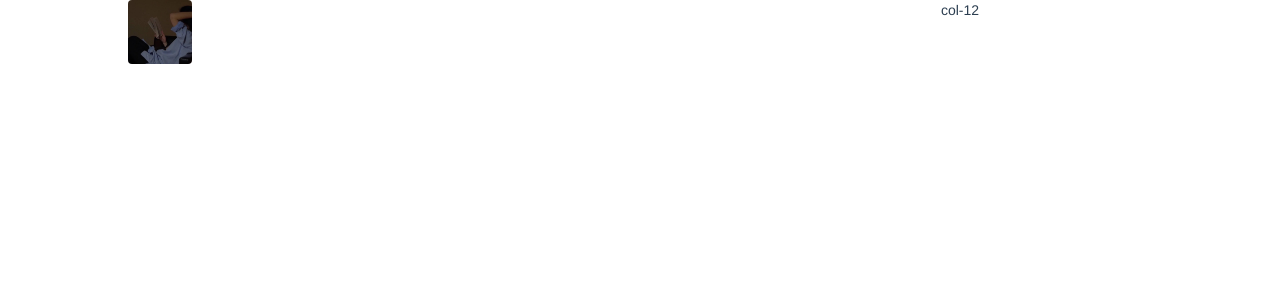
Repository: GitDjAr/blog
Page: / (app in myblog/)
These files come from the project's save history. The page is drawn as it stood at one moment and after the next save; the edit follows.
The browser window is 1280 px wide. The pictures show the whole page.
The project was rebuilt for these pictures with package versions that can differ from the ones it lists, and the page was loaded fresh each time. Also part of the build but not shown: myblog/webpack.config.js.

Above is the page before, as saved 2020-12-10 18:49:59.

### myblog/src/main.js
import Vue from 'vue'
import App from './App.vue'
import router from './router/index'
import store from './store/index'
import 'ant-design-vue/dist/antd.css'; // or 'ant-design-vue/dist/antd.less'


import Antd from 'ant-design-vue';
Vue.use(Antd);
new Vue({
  el: '#app',
  router,
  store,
  render: h => h(App)
})

### myblog/src/App.vue
<template>
  <div id="app">
    <headers></headers>
    <router-view/>
  </div>
</template>

<script>
import headers from 'v/header/header'
export default {
  components:{
    headers,
  },
  name: 'app',
  data () {
    return {
    }
  }
}
</script>

<style lang="scss">
#app {
  font-family: 'Avenir', Helvetica, Arial, sans-serif;
  -webkit-font-smoothing: antialiased;
  -moz-osx-font-smoothing: grayscale;
  text-align: center;
  color: #2c3e50;
}
</style>

### myblog/src/router/index.js
import Vue from 'vue'
import Router from 'vue-router'
Vue.use(Router)
// 暴露router
export default new Router({
  mode:'history',
  routes:[
    {
      path:'/',
      redirect:'/index',
    },

    {
      path:'/index',
      meat:{title:'hello,欢迎来到我博客'},
      name:'index',
    }
  ]
})

### myblog/src/views/header/header.vue
<!--  -->
<template>
<div class="header-x">
  <a-row>
    <a-col :span="6">
      <a-avatar shape="square" :src='userimg' :size="64" icon="user" />
    </a-col>
    <a-col :span="12" :offset='6'>
      col-12
    </a-col>
  </a-row>
</div>
</template>

<script>
import userimg from '@/assets/image/1.jpg'
export default {

  components: {

},
  data () {
    return {
      userimg:userimg
    };
  },

  filters: {

},

  watch: {

},

  computed: {

},

  methods: {

},

  mounted(){

},
}

</script>
<style scoped lang='scss'>
.header-x{
  position: fixed;
  height: 60px;
  width: 100%;
}
</style>

Loaded but not shown: myblog/src/store/index.js (no copy from this time; the picture is the same without it)

After the next save:
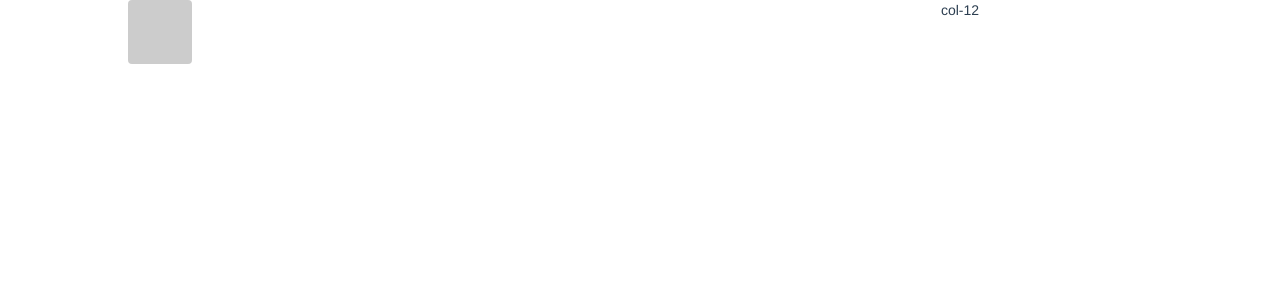
Saved 22 s later.
--- a/myblog/src/views/header/header.vue
+++ b/myblog/src/views/header/header.vue
@@ -3,7 +3,7 @@
 <div class="header-x">
   <a-row>
     <a-col :span="6">
-      <a-avatar shape="square" :src='userimg' :size="64" icon="user" />
+      <a-avatar shape="square" :srcSet='userimg' :size="64" icon="user" />
     </a-col>
     <a-col :span="12" :offset='6'>
       col-12

After the save that followed:
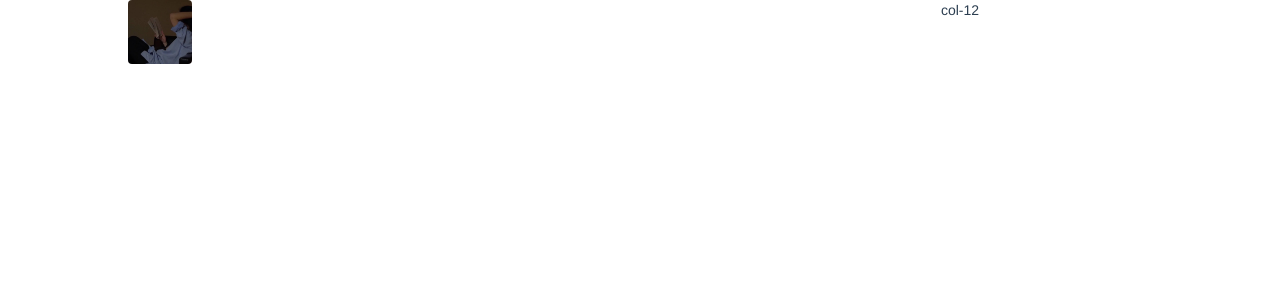
Saved 4 s later.
--- a/myblog/src/views/header/header.vue
+++ b/myblog/src/views/header/header.vue
@@ -3,7 +3,7 @@
 <div class="header-x">
   <a-row>
     <a-col :span="6">
-      <a-avatar shape="square" :srcSet='userimg' :size="64" icon="user" />
+      <a-avatar shape="square" :src='userimg' :size="64" icon="user" />
     </a-col>
     <a-col :span="12" :offset='6'>
       col-12
